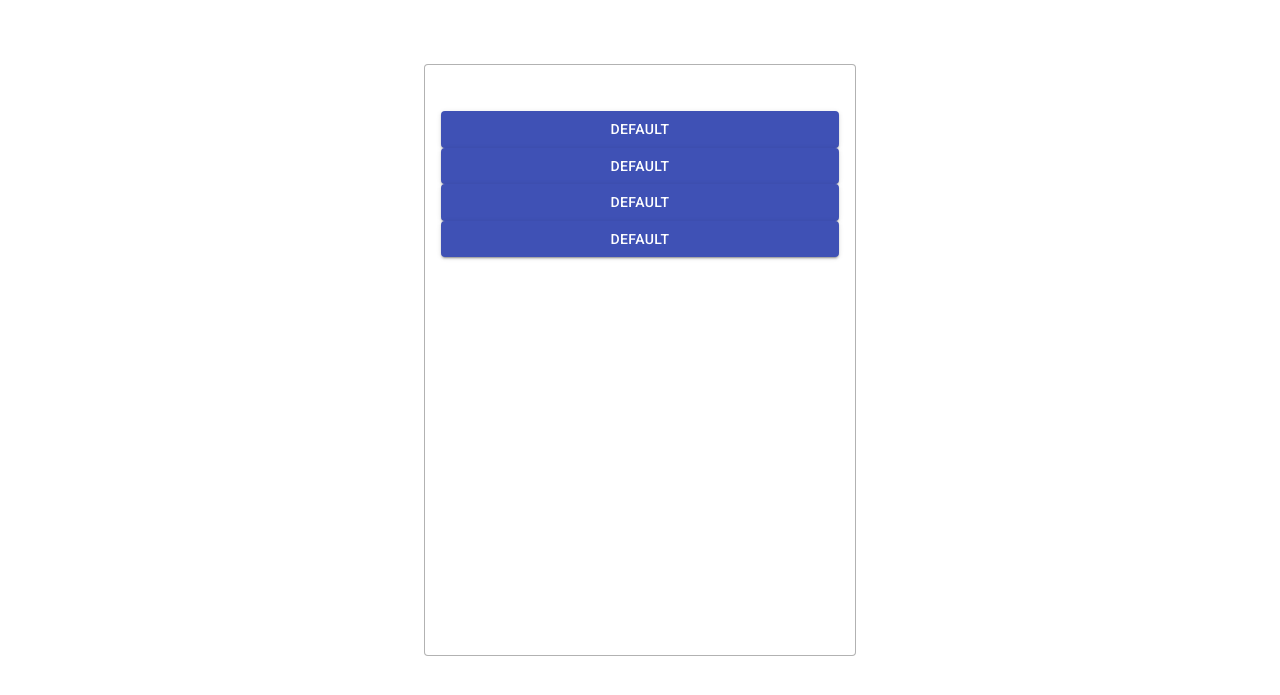
Repository: ShunsukeTanizaki/chatbot-demo
Page: /
These files come from the project's save history. The page is drawn as it stood at one moment and after the next save; the edit follows.
The browser window is 1280 px wide. The pictures show the whole page.
The project was rebuilt for these pictures with package versions that can differ from the ones it lists, and the page was loaded fresh each time.

Above is the page before, as saved 2020-10-19 23:46:11.

After the next save:
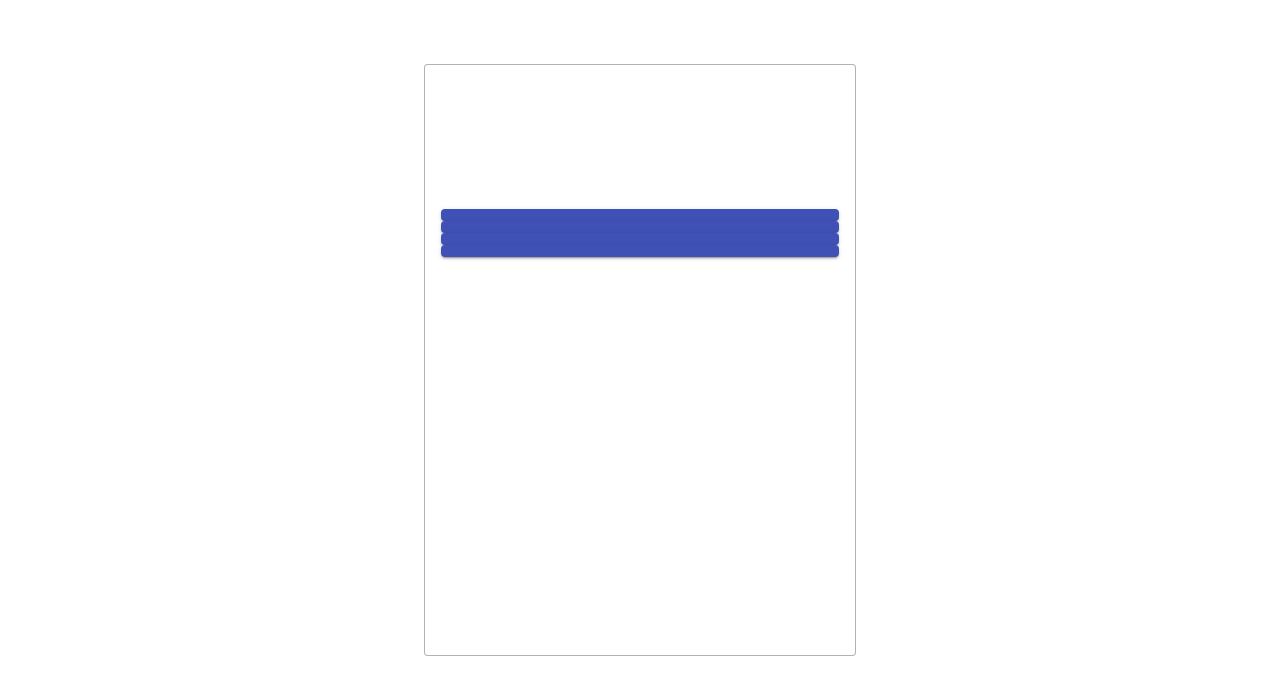
Saved 60 s later.
--- a/src/components/Answer.jsx
+++ b/src/components/Answer.jsx
@@ -8,10 +8,12 @@
     },
 }));
 
-const Answer = () => {
+const Answer = (props) => {
     // const classes = useStyles();
     return (
-        <Button variant="contained" color="primary" >Default</Button>
+        <Button variant="contained" color="primary" >
+            {props.content}
+        </Button>
     )
 }
 

After the save that followed:
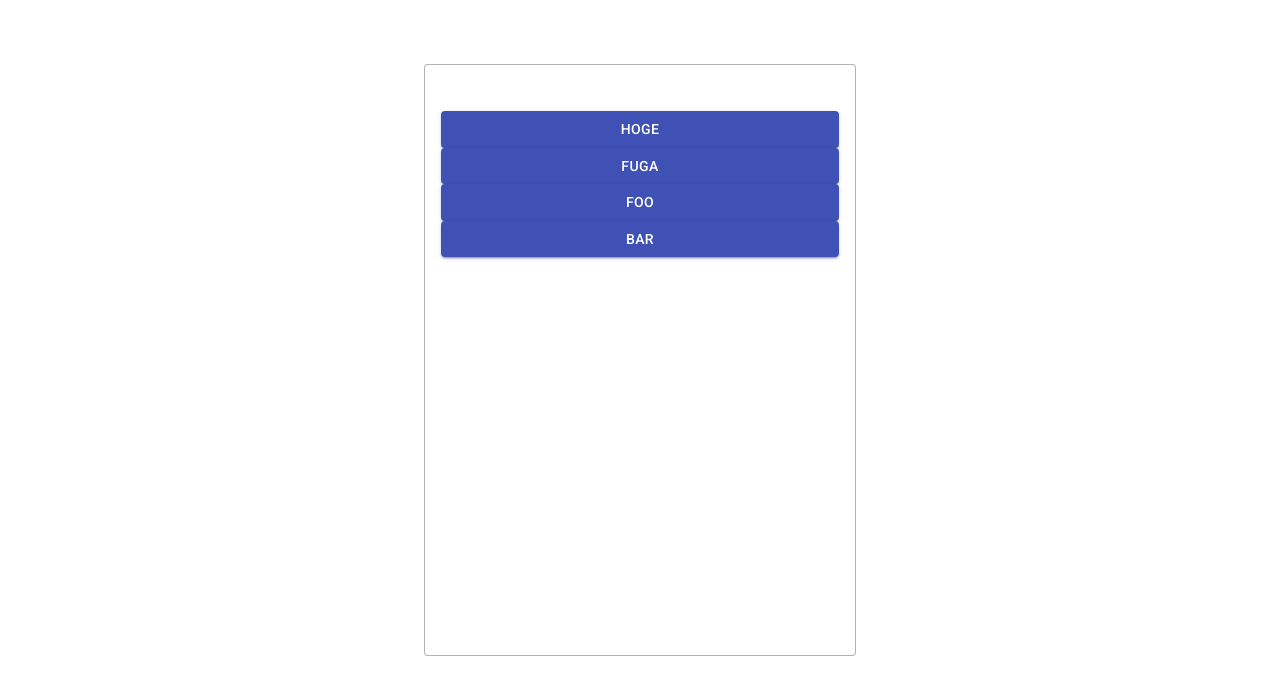
Saved 72 s later.
--- a/src/components/AnswersList.jsx
+++ b/src/components/AnswersList.jsx
@@ -4,10 +4,10 @@
 const AnswersList = () => {
     return (
         <div className="c-grid__answer">
-            <Answer />
-            <Answer />
-            <Answer />
-            <Answer />
+            <Answer content={"hoge"}/>
+            <Answer content={"fuga"}/>
+            <Answer content={"foo"}/>
+            <Answer content={"bar"}/>
         </div>
     )
 }
